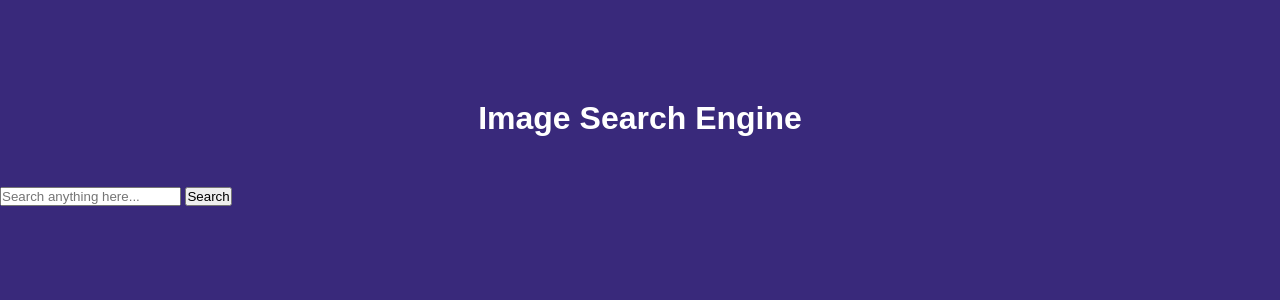
Repository: AbdullahOwais-Dev/Image-Search-App
Page: index.html
The author's editor kept a copy of each file at every save. The page is drawn from the files as they stood at one save, then again after a run of saves.
The browser window is 1280 px wide. The pictures show the whole page.

Above is the page before, as saved 2025-02-09 00:14:04.

### index.html
<!DOCTYPE html>
<html lang="en">
<head>
    <meta charset="UTF-8">
    <meta name="viewport" content="width=device-width, initial-scale=1.0">
    <link rel="stylesheet" href="style.css">
    <link rel="shortcut icon" href="icon.png" type="image/x-icon">
    <title>Image Search</title>
</head>
<body>

    <h1>Image Search Engine</h1>
    <form id="search-form">
        <input type="text" id="search-box" placeholder="Search anything here...">
        <button>Search</button>
    </form>

</body>
</html>

### style.css
*{
    margin: 0;
    padding: 0;
    box-sizing: border-box;
    font-family: 'poppins', sans-serif;
}
body{
    background: #39297b;
    color: #fff;
}
h1{
    text-align: center;
    margin: 100px auto 50px;
    font-weight: 600;
}
form{
    width: 90%;
    maw
}

After the next 6 saves:
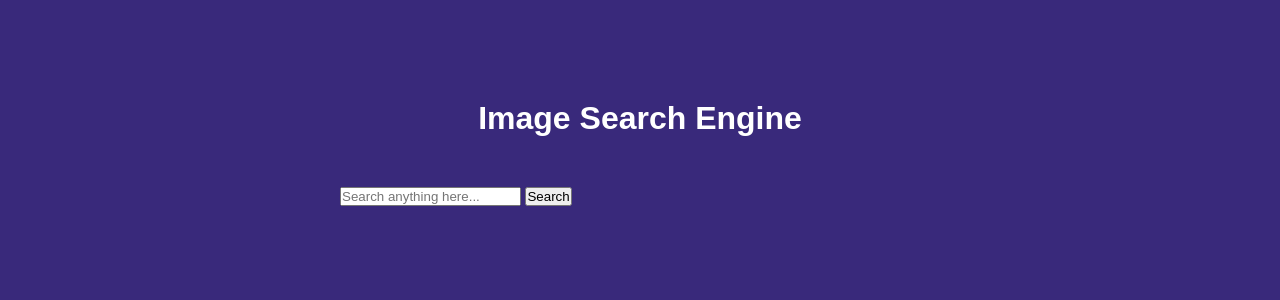
The 6 saves are shown as one change because they came seconds apart.
The last was saved 15 s later.
--- a/style.css
+++ b/style.css
@@ -15,5 +15,8 @@
 }
 form{
     width: 90%;
-    maw
+    max-width: 600px;
+    margin: auto;
+    height: 80px;
+    background: #;
 }
